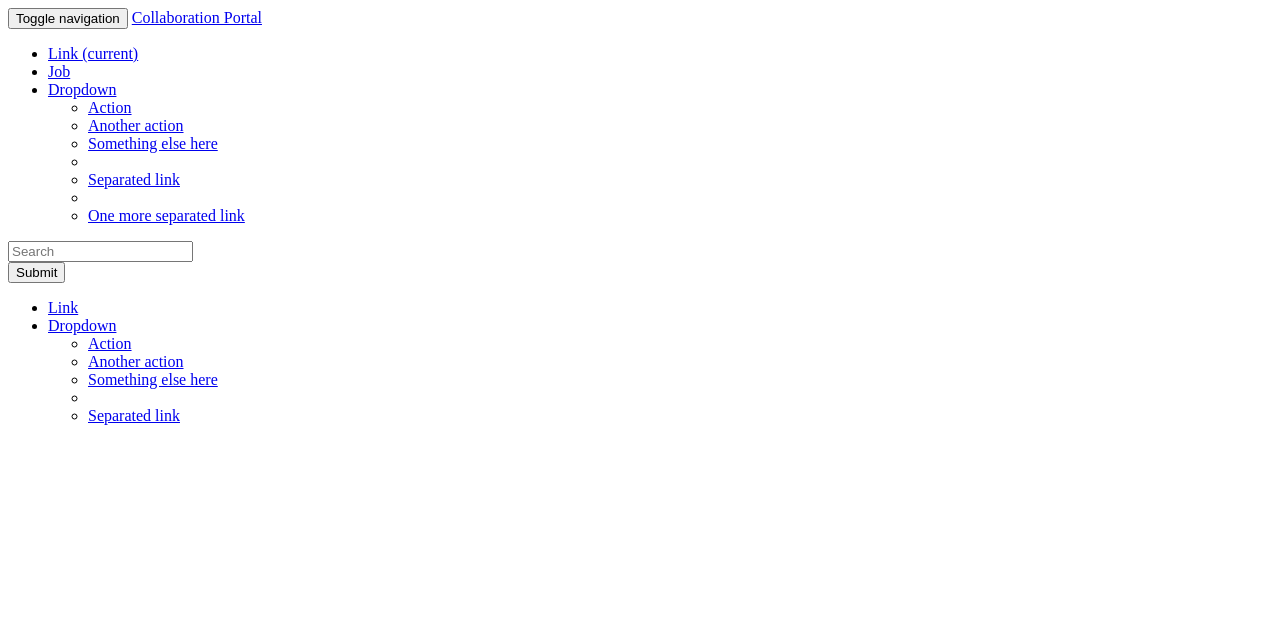
Repository: KaustubhKamat/CollaborationPlatform
Page: CollaborationFrontEnd/WebContent/NavBar.html
An editor plug-in stored every save of this project. The page is shown before and after the next save, followed by the edit.
The browser window is 1280 px wide. The pictures show the whole page.

Above is the page before, as saved 2017-03-01 13:59:55.

### CollaborationFrontEnd/WebContent/NavBar.html
<nav class="navbar navbar-default">
  <div class="container-fluid">
    <!-- Brand and toggle get grouped for better mobile display -->
    <div class="navbar-header">
      <button type="button" class="navbar-toggle collapsed" data-toggle="collapse" data-target="#bs-example-navbar-collapse-1" aria-expanded="false">
        <span class="sr-only">Toggle navigation</span>
        <span class="icon-bar"></span>
        <span class="icon-bar"></span>
        <span class="icon-bar"></span>
      </button>

      <a class="navbar-brand" href="#">Collaboration Portal</a>
    </div>

    <!-- Collect the nav links, forms, and other content for toggling -->

    <div class="collapse navbar-collapse" id="bs-example-navbar-collapse-1">
      <ul class="nav navbar-nav">
        <li class="active"><a href="#">Link <span class="sr-only">(current)</span></a></li>
        <li><a href="#">Job</a></li>

        <li class="dropdown">
          <a href="#" class="dropdown-toggle" data-toggle="dropdown" role="button" aria-haspopup="true" aria-expanded="false">Dropdown <span class="caret"></span></a>
          <ul class="dropdown-menu">
            <li><a href="#">Action</a></li>
            <li><a href="#">Another action</a></li>
            <li><a href="#">Something else here</a></li>
            <li role="separator" class="divider"></li>
            <li><a href="#">Separated link</a></li>
            <li role="separator" class="divider"></li>
            <li><a href="#">One more separated link</a></li>
          </ul>
        </li>
      </ul>
      <form class="navbar-form navbar-left">
        <div class="form-group">
          <input type="text" class="form-control" placeholder="Search">
        </div>
        <button type="submit" class="btn btn-default">Submit</button>
      </form>
      <ul class="nav navbar-nav navbar-right">
        <li><a href="#">Link</a></li>
        <li class="dropdown">
          <a href="#" class="dropdown-toggle" data-toggle="dropdown" role="button" aria-haspopup="true" aria-expanded="false">Dropdown <span class="caret"></span></a>
          <ul class="dropdown-menu">
            <li><a href="#">Action</a></li>
            <li><a href="#">Another action</a></li>
            <li><a href="#">Something else here</a></li>
            <li role="separator" class="divider"></li>
            <li><a href="#">Separated link</a></li>
          </ul>
        </li>
      </ul>
    </div><!-- /.navbar-collapse -->
  </div><!-- /.container-fluid -->
</nav>

After the next save:
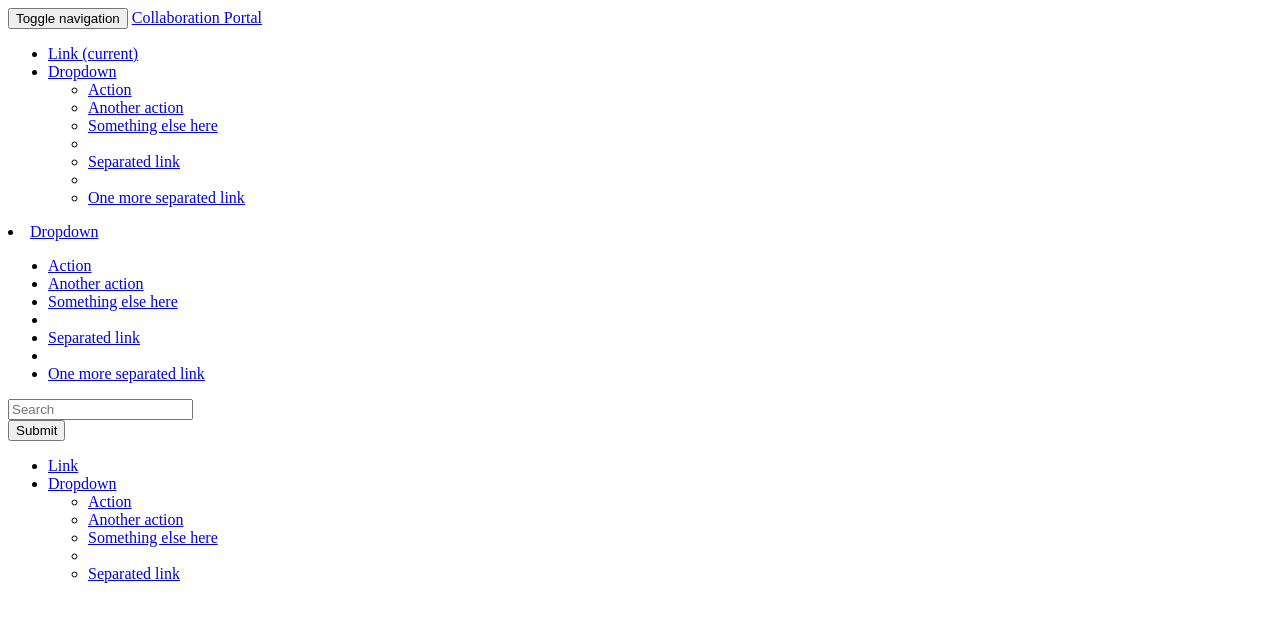
Saved 36 s later.
--- a/CollaborationFrontEnd/WebContent/NavBar.html
+++ b/CollaborationFrontEnd/WebContent/NavBar.html
@@ -17,7 +17,19 @@
     <div class="collapse navbar-collapse" id="bs-example-navbar-collapse-1">
       <ul class="nav navbar-nav">
         <li class="active"><a href="#">Link <span class="sr-only">(current)</span></a></li>
-        <li><a href="#">Job</a></li>
+        <li class="dropdown">
+          <a href="#" class="dropdown-toggle" data-toggle="dropdown" role="button" aria-haspopup="true" aria-expanded="false">Dropdown <span class="caret"></span></a>
+          <ul class="dropdown-menu">
+            <li><a href="#">Action</a></li>
+            <li><a href="#">Another action</a></li>
+            <li><a href="#">Something else here</a></li>
+            <li role="separator" class="divider"></li>
+            <li><a href="#">Separated link</a></li>
+            <li role="separator" class="divider"></li>
+            <li><a href="#">One more separated link</a></li>
+          </ul>
+        </li>
+      </ul>
 
         <li class="dropdown">
           <a href="#" class="dropdown-toggle" data-toggle="dropdown" role="button" aria-haspopup="true" aria-expanded="false">Dropdown <span class="caret"></span></a>
